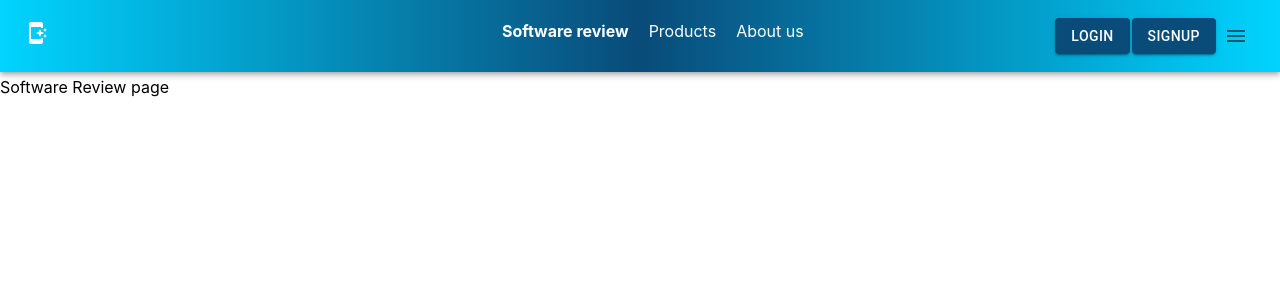
Repository: Alaa-M1/phoenix-products-reactjs-mui
Page: /
An editor plug-in stored every save of this project. The page is shown before and after the next save, followed by the edit.
The browser window is 1280 px wide. The pictures show the whole page.
The project was rebuilt for these pictures with package versions that can differ from the ones it lists, and the page was loaded fresh each time. Also part of the build but not shown: src/App.css, src/pages/Products/index.tsx, src/pages/AboutUs/index.tsx.

Above is the page before, as saved 2023-04-18 18:52:56.

After the next save:
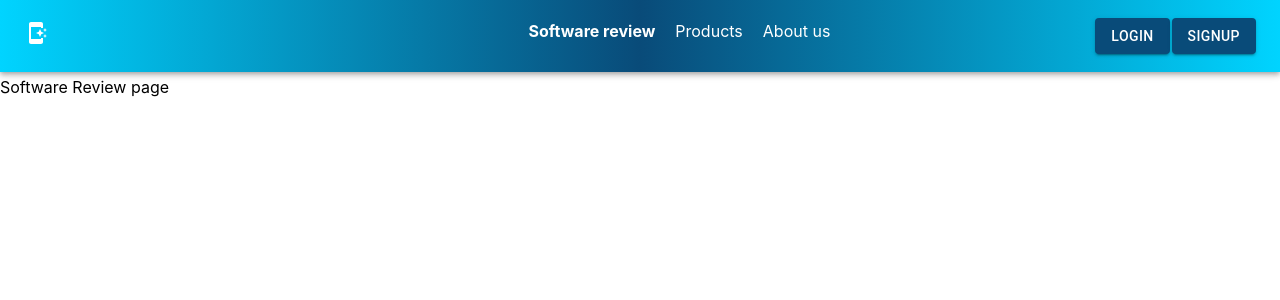
Saved 34 s later.
--- a/src/pages/AppLayout/components/CustomDrawer.tsx
+++ b/src/pages/AppLayout/components/CustomDrawer.tsx
@@ -10,29 +10,28 @@ import {
 } from "@mui/material";
 import { useState } from "react";
 import MenuOutlinedIcon from "@mui/icons-material/MenuOutlined";
-const CustomDrawer = ({ links }: CustomDrawerProps) => {
+const CustomDrawer = ({ links, isSmallScreen }: CustomDrawerProps) => {
   const [open, setOpen] = useState(false);
   return (
     <>
-      <Drawer
-        open={open}
-        anchor="left"
-        onClose={() => setOpen(false)}
-      >
-        <List>
-          {links.map((link, index) => (
-            <ListItemButton key={index}>
-              {/* <ListItemIcon>
+      {isSmallScreen ? (
+        <IconButton aria-label="Open menu drawer" onClick={() => setOpen(true)}>
+          <MenuOutlinedIcon></MenuOutlinedIcon>
+        </IconButton>
+      ) : (
+        <Drawer open={open} anchor="left" onClose={() => setOpen(false)}>
+          <List>
+            {links.map((link, index) => (
+              <ListItemButton key={index}>
+                {/* <ListItemIcon>
                     <ReviewsIcon></ReviewsIcon>
                   </ListItemIcon> */}
-              <ListItemText>{link.label}</ListItemText>
-            </ListItemButton>
-          ))}
-        </List>
-      </Drawer>
-      <IconButton aria-label="Open menu drawer" onClick={() => setOpen(true)}>
-        <MenuOutlinedIcon></MenuOutlinedIcon>
-      </IconButton>
+                <ListItemText>{link.label}</ListItemText>
+              </ListItemButton>
+            ))}
+          </List>
+        </Drawer>
+      )}
     </>
   );
 };
